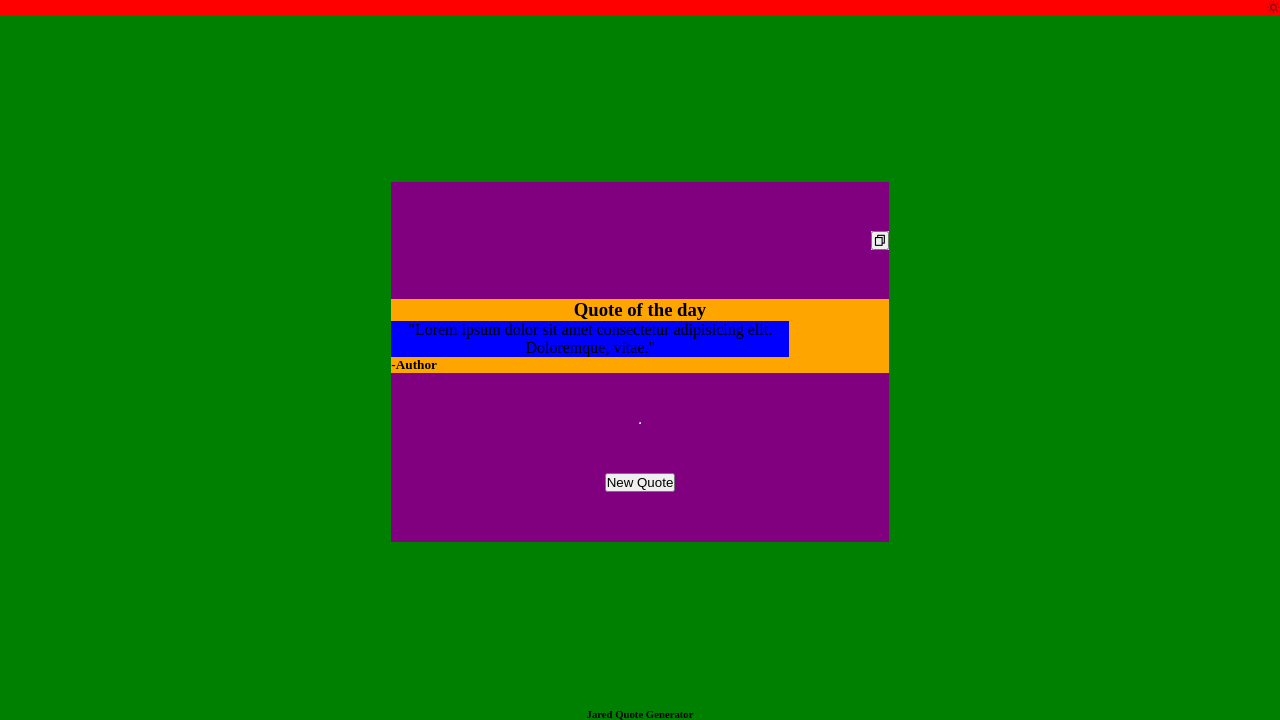
Repository: EguJaredoBoyd/Jared-Quote-Generator
Page: html/main.html
An editor plug-in stored every save of this project. The page is shown before and after the next save, followed by the edit.
The browser window is 1280 px wide. The pictures show the whole page.
Some web libraries are served in a nearby version.

Above is the page before, as saved 2026-01-09 00:53:33.

### html/main.html
<!DOCTYPE html>
<html lang="en">
  <head>
    <meta charset="UTF-8" />
    <meta name="viewport" content="width=device-width, initial-scale=1.0" />
    <link rel="stylesheet" href="../css/style.css" />
    <script src="../js/main.js" defer></script>
    <link
      href="https://cdn.jsdelivr.net/npm/remixicon@4.8.0/fonts/remixicon.css"
      rel="stylesheet"
    />
    <title>Document</title>
  </head>
  <body>
    <div class="container">
      <header>
        <button><i class="ri-sun-line"></i></button>
      </header>
      <main>
        <div class="quote-container">
          <div class="quote-container__copy">
            <button><i class="ri-file-copy-line"></i></button>
          </div>
          <div class="quote-container__quotes">
            <h3>Quote of the day</h3>
            <p>
              "Lorem ipsum dolor sit amet consectetur adipisicing elit.
              Doloremque, vitae."
            </p>
            <div>
              <h5>-Author</h5>
            </div>
          </div>
          <hr />
          <div>
            <button>New Quote</button>
          </div>
        </div>
      </main>
      <footer>
        <div>
          <h6>Jared Quote Generator</h6>
        </div>
      </footer>
    </div>
  </body>
</html>

### css/style.css
* {
  margin: 0;
  padding: 0;
  box-sizing: border-box;
}

:root {
  --background-color: #7b0d1e;
  --card-color: #f8e5ee;
  --text-color: black;
  --button-color: var(--background-color);
}

html {
  font-size: 16px;
}

.lighter-theme {
  --background-color: var(--card-color);
  --card-color: var(--background-color);
  --text-color: var(--text-color);
  --button-color: var(--button-color);
}

.container {
  background-color: green;
  height: 100vh;
  display: flex;
  flex-direction: column;
  justify-content: space-between;
  align-items: center;
}

header {
  display: flex;
  justify-content: flex-end;
  background-color: red;
  width: 100%;
}

header button {
  border: none;
  background: none;
  color: var(--button-color);
}

.quote-container {
  background-color: purple;
  display: flex;
  flex-direction: column;
  justify-content: space-evenly;
  align-items: center;
  height: 50vh;
  width: auto;
}

.quote-container__copy {
  align-self: self-end;
  background-color: pink;
}

.quote-container__quotes {
  background-color: orange;
}

.quote-container__quotes h3 {
  text-align: center;
}

.quote-container__quotes p {
  background-color: blue;
  max-width: 80%;
  text-align: center;
}

Loaded but not shown: js/main.js (no copy from this time; the picture is the same without it)

After the next save:
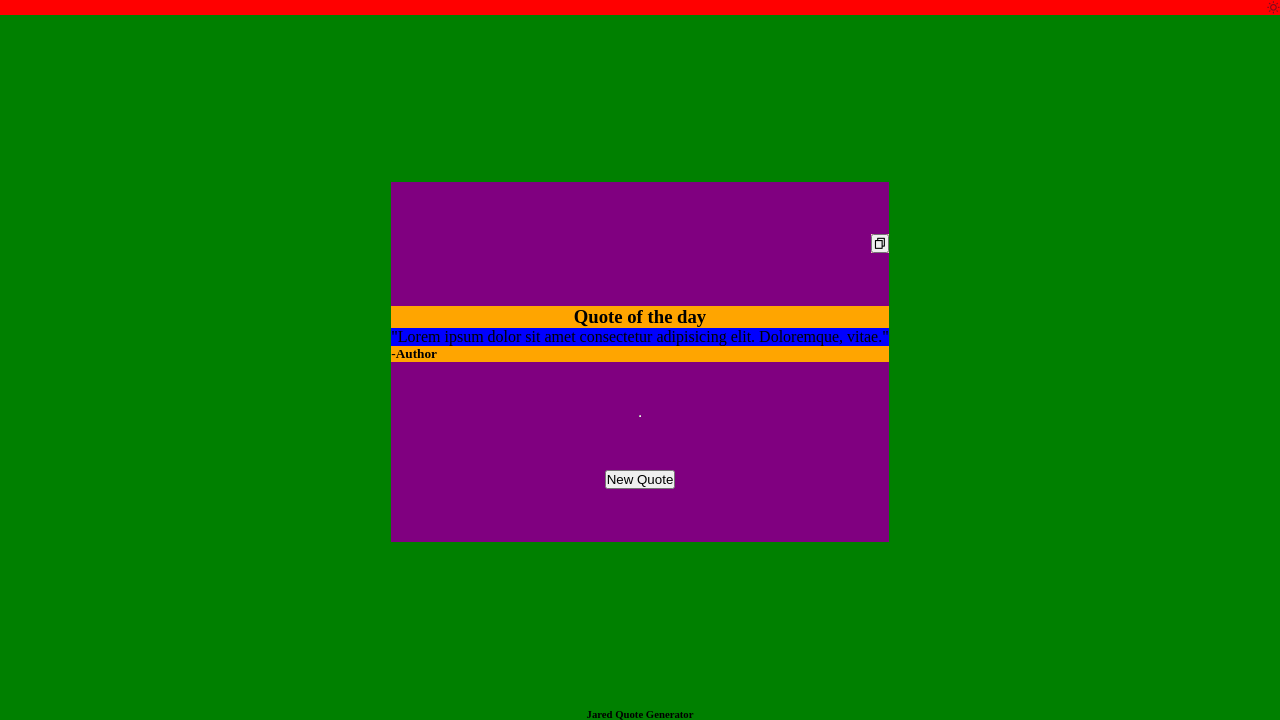
Saved 17 s later.
--- a/css/style.css
+++ b/css/style.css
@@ -69,6 +69,5 @@ header button {
 
 .quote-container__quotes p {
   background-color: blue;
-  max-width: 80%;
   text-align: center;
 }
